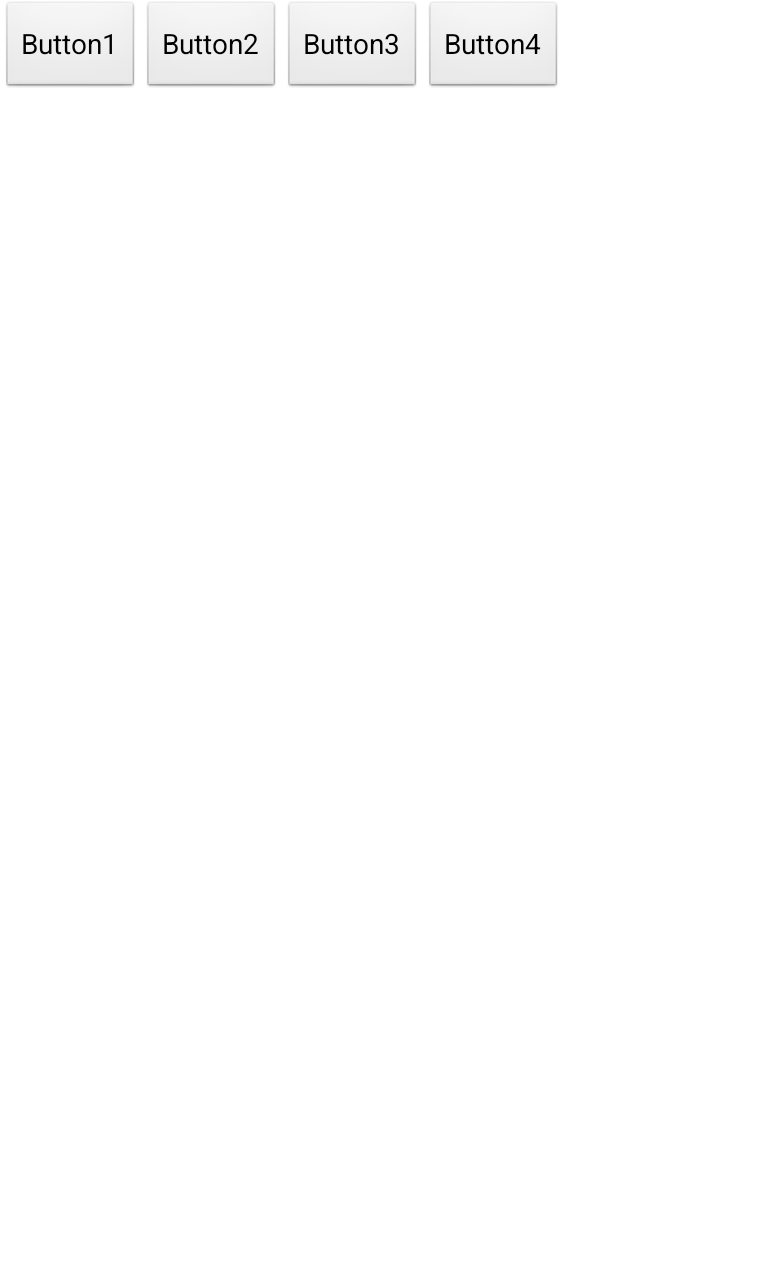
Repository: yjaeseok/gnssm_android_codelab
Layout: source/Day1-Layout/res/layout/linearlayout.xml
These files come from the project's save history. The layout is drawn as it stood at one moment and after the next save; the edit follows.
It is drawn on a 768 x 1280 px phone screen (xhdpi) without system bars, with theme android:Theme.Light; the app's code is not run.

Above is the layout before, as saved 2014-03-26 11:48:51.

After the next save:
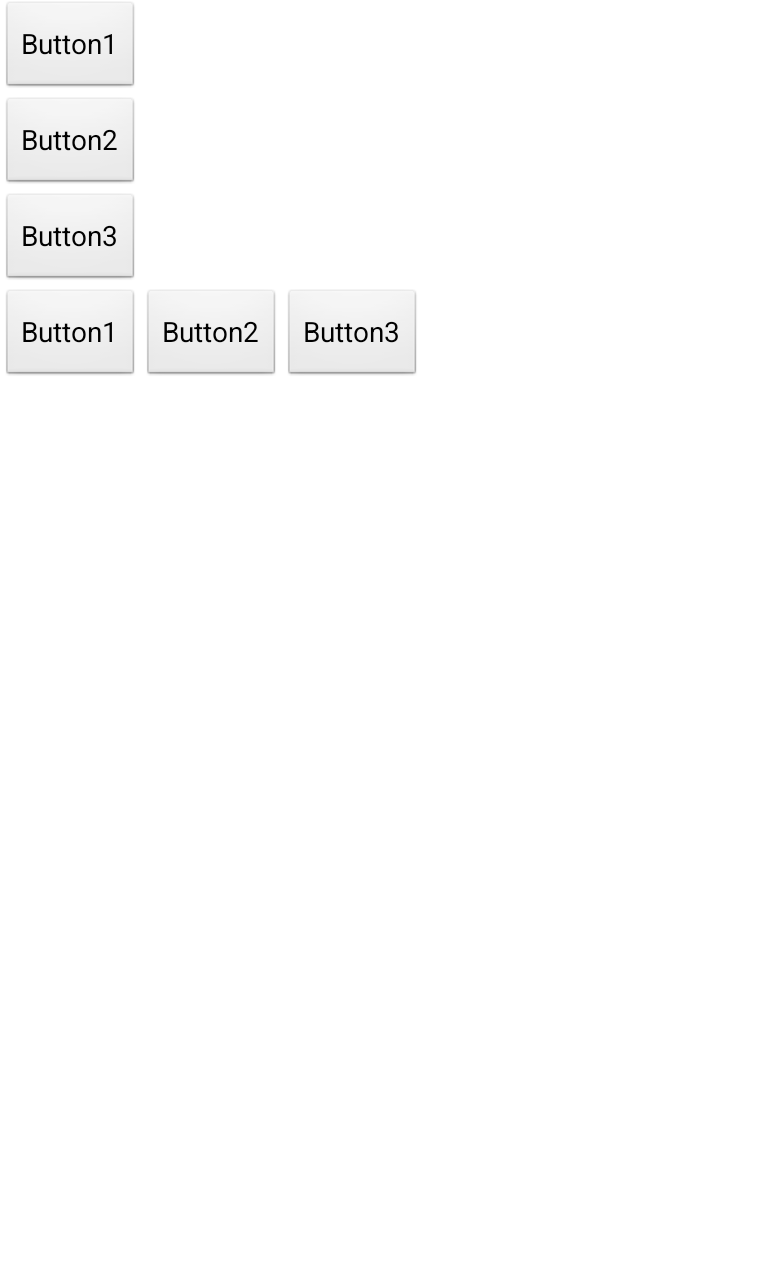
Saved 2 min 21 s later.
--- a/source/Day1-Layout/res/layout/linearlayout.xml
+++ b/source/Day1-Layout/res/layout/linearlayout.xml
@@ -2,21 +2,42 @@
 <LinearLayout xmlns:android="http://schemas.android.com/apk/res/android"
     android:layout_width="match_parent"
     android:layout_height="match_parent"
-    android:orientation="horizontal" >
+    android:orientation="vertical" >
+
     <Button
         android:layout_width="wrap_content"
         android:layout_height="wrap_content"
-        android:text="Button1"/>
+        android:text="Button1" />
+
     <Button
         android:layout_width="wrap_content"
         android:layout_height="wrap_content"
-        android:text="Button2"/>
+        android:text="Button2" />
+
     <Button
         android:layout_width="wrap_content"
         android:layout_height="wrap_content"
-        android:text="Button3"/>
-    <Button
-        android:layout_width="wrap_content"
-        android:layout_height="wrap_content"
-        android:text="Button4"/>
+        android:text="Button3" />
+
+    <LinearLayout
+        android:layout_width="match_parent"
+        android:layout_height="match_parent"
+        android:orientation="horizontal" >
+
+        <Button
+            android:layout_width="wrap_content"
+            android:layout_height="wrap_content"
+            android:text="Button1" />
+
+        <Button
+            android:layout_width="wrap_content"
+            android:layout_height="wrap_content"
+            android:text="Button2" />
+
+        <Button
+            android:layout_width="wrap_content"
+            android:layout_height="wrap_content"
+            android:text="Button3" />
+    </LinearLayout>
+
 </LinearLayout>
